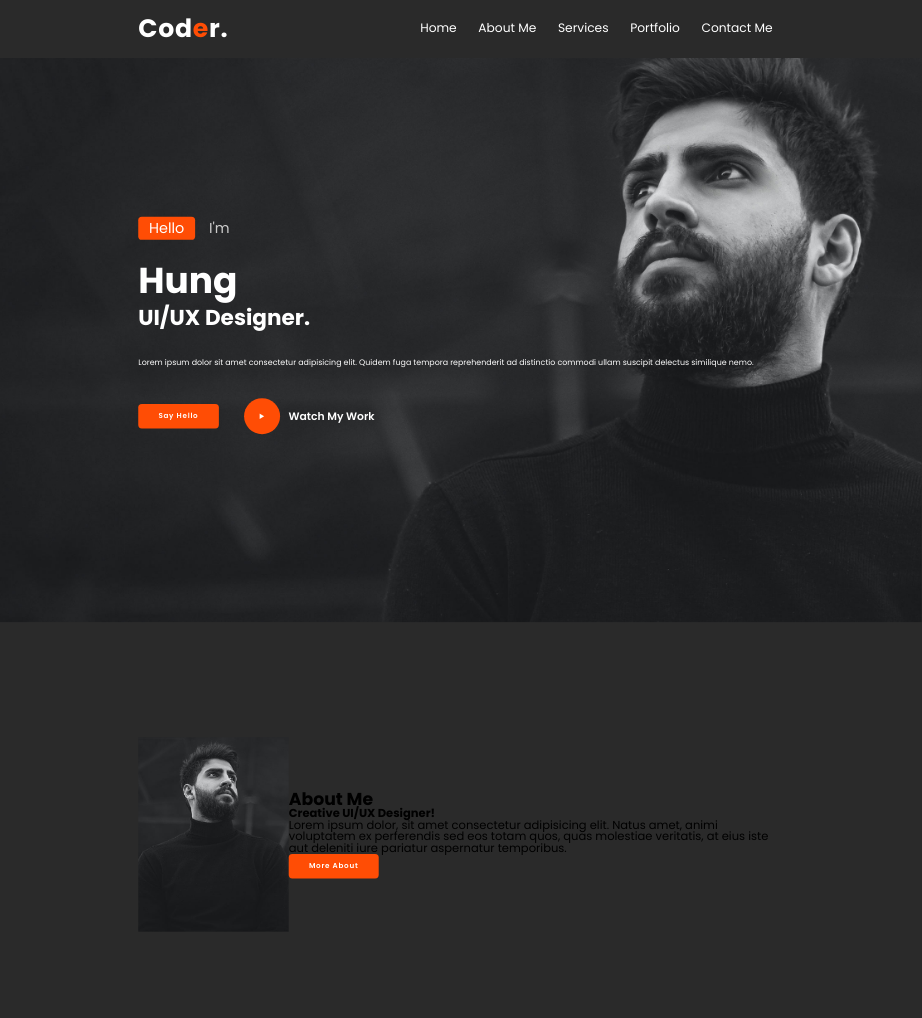
Repository: HungNg99/Protifolio2
Page: Portfolio/index.html
An editor plug-in stored every save of this project. The page is shown before and after the next save, followed by the edit.
The browser window is 1280 px wide. The pictures show the whole page, at 72% of full size.

Above is the page before, as saved 2022-12-11 08:16:21.

After the next save:
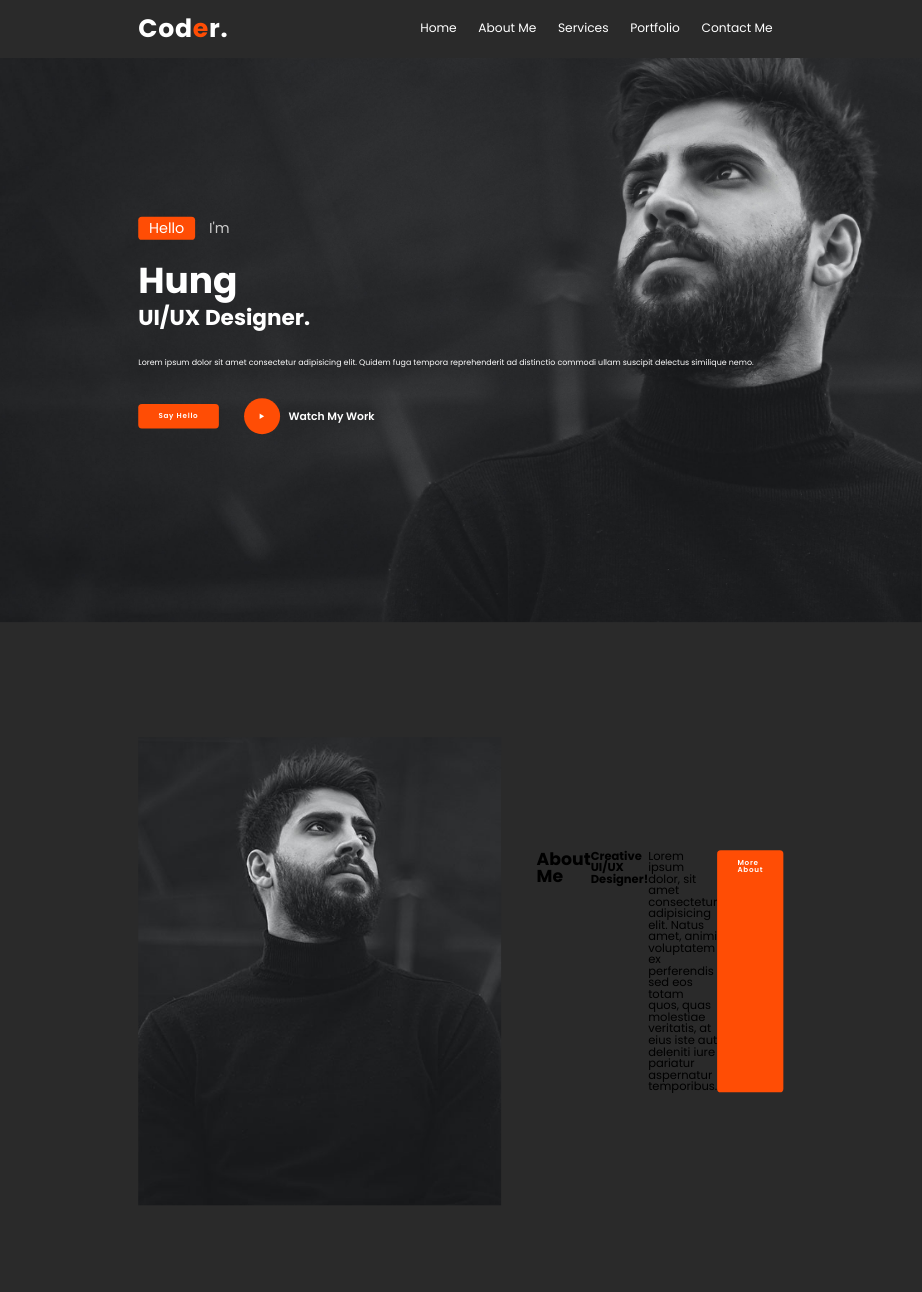
Saved 8 min 42 s later.
--- a/Portfolio/style.css
+++ b/Portfolio/style.css
@@ -185,3 +185,12 @@ section {
     align-items: center;
     justify-content: space-between;
 }
+
+
+.about-img{
+
+}
+.about-text{
+    display: inline-flex;
+    flex:0.6;
+}
